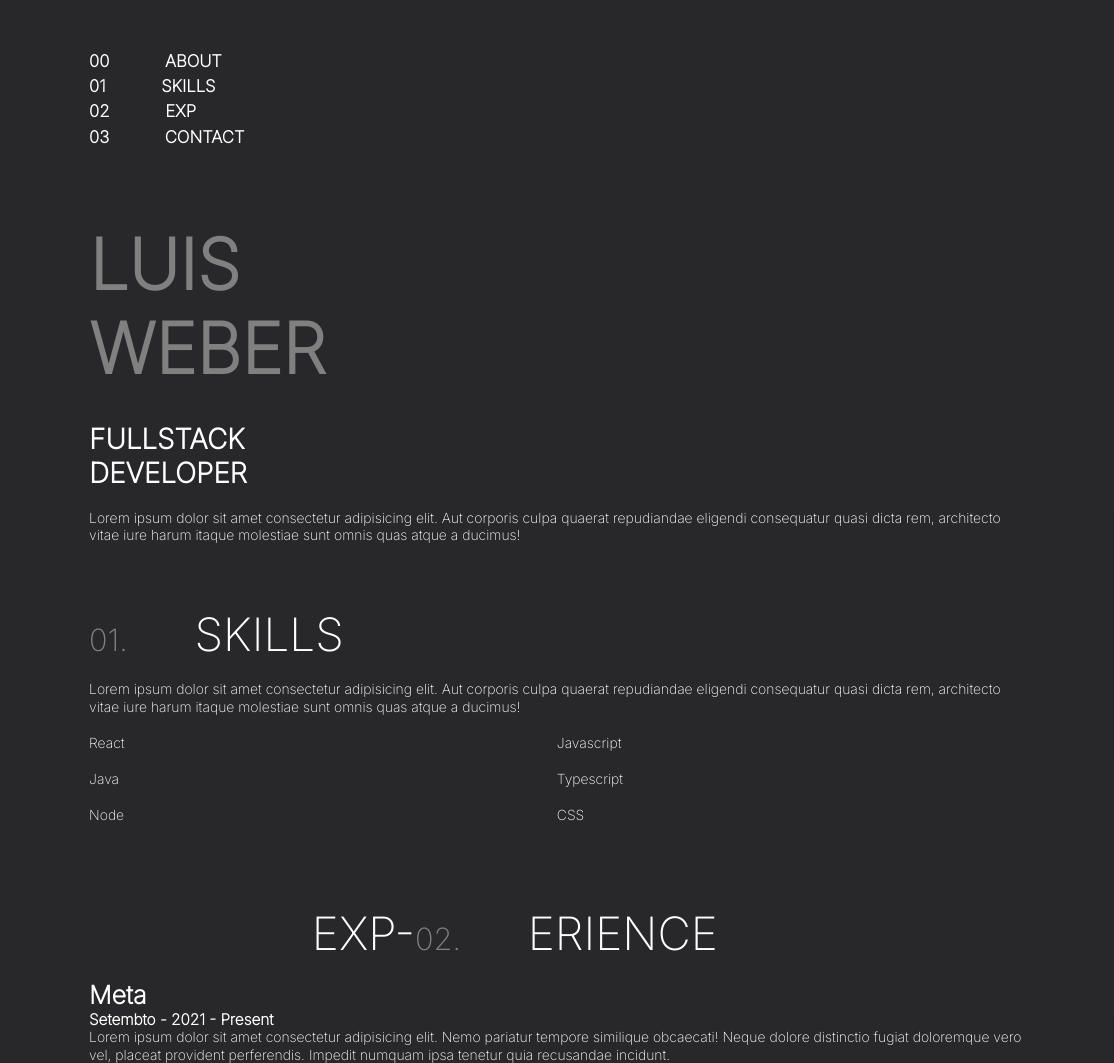
Repository: luiswh1/Portfolio
Page: /
An editor plug-in stored every save of this project. The page is shown before and after the next save, followed by the edit.
The browser window is 1280 px wide. The pictures show the whole page, at 87% of full size.
The project was rebuilt for these pictures with package versions that can differ from the ones it lists, and the page was loaded fresh each time.

Above is the page before, as saved 2023-05-28 16:45:18.

After the next save:
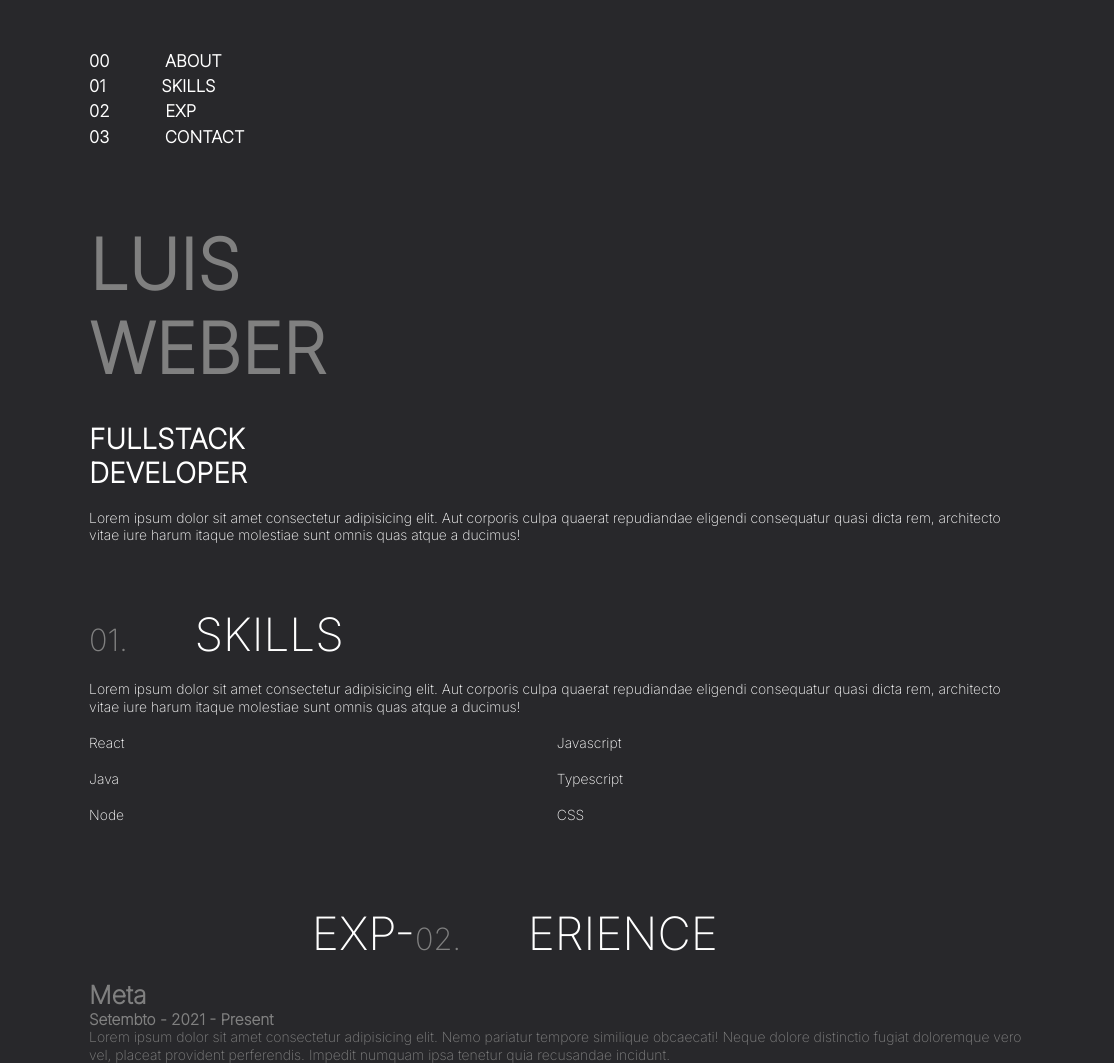
Saved 52 s later.
--- a/src/Pages/HomeStyles.tsx
+++ b/src/Pages/HomeStyles.tsx
@@ -67,6 +67,7 @@ margin-left: 20vw;
 
 export const Experience = styled.section`
 margin-top: 3vh;
+color: gray;
 `
 
 export const Company = styled.h5`
@@ -76,3 +77,7 @@ font-size: 1.8em;
 export const Date = styled.h6`
 font-size: 1.1em;
 `
+
+export const Description = styled.p`
+color: white;
+`
